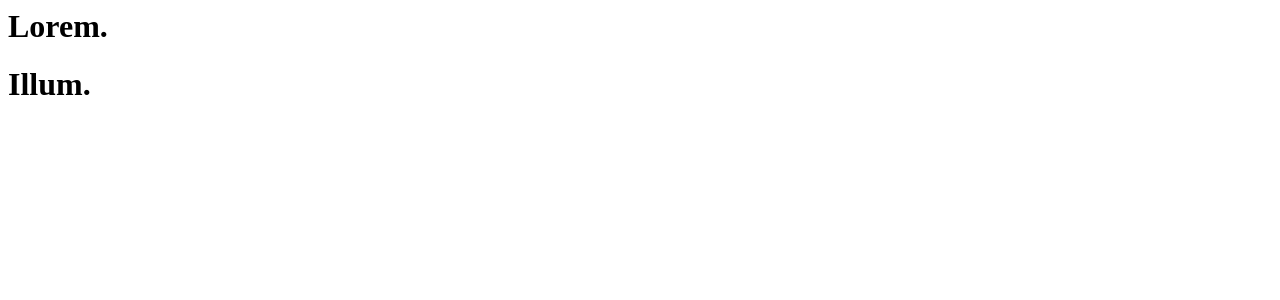
Repository: JJinBBangg/JSP
Page: http://localhost/jsp/ch07/lecture/02include-tag/04sub.jsp
An editor plug-in stored every save of this project. The page is shown before and after the next save, followed by the edit.
The browser window is 1280 px wide. The pictures show the whole page.
The page is served by Tomcat 9.

Above is the page before, as saved 2023-03-29 05:52:18.

After the next save:
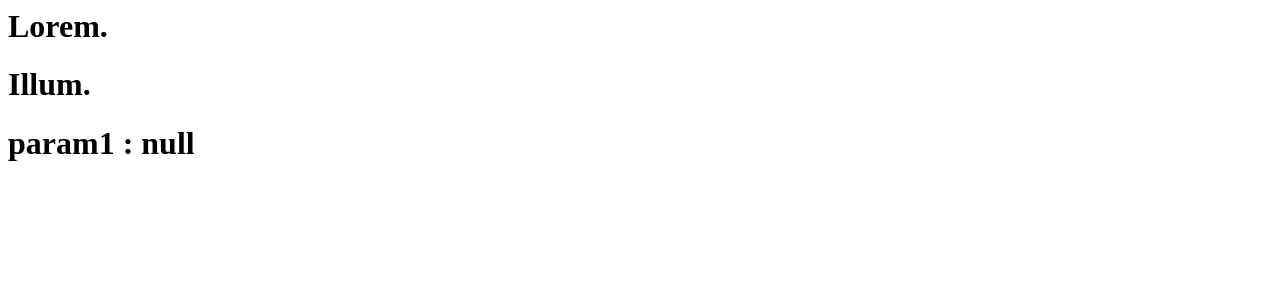
Saved 30 s later.
--- a/jsp/src/main/webapp/ch07/lecture/02include-tag/04sub.jsp
+++ b/jsp/src/main/webapp/ch07/lecture/02include-tag/04sub.jsp
@@ -2,3 +2,4 @@
     pageEncoding="UTF-8"%>
 <h1>Lorem.</h1>
 <h1>Illum.</h1>
+<h1>param1 : <%=request.getParameter("param1") %></h1>
